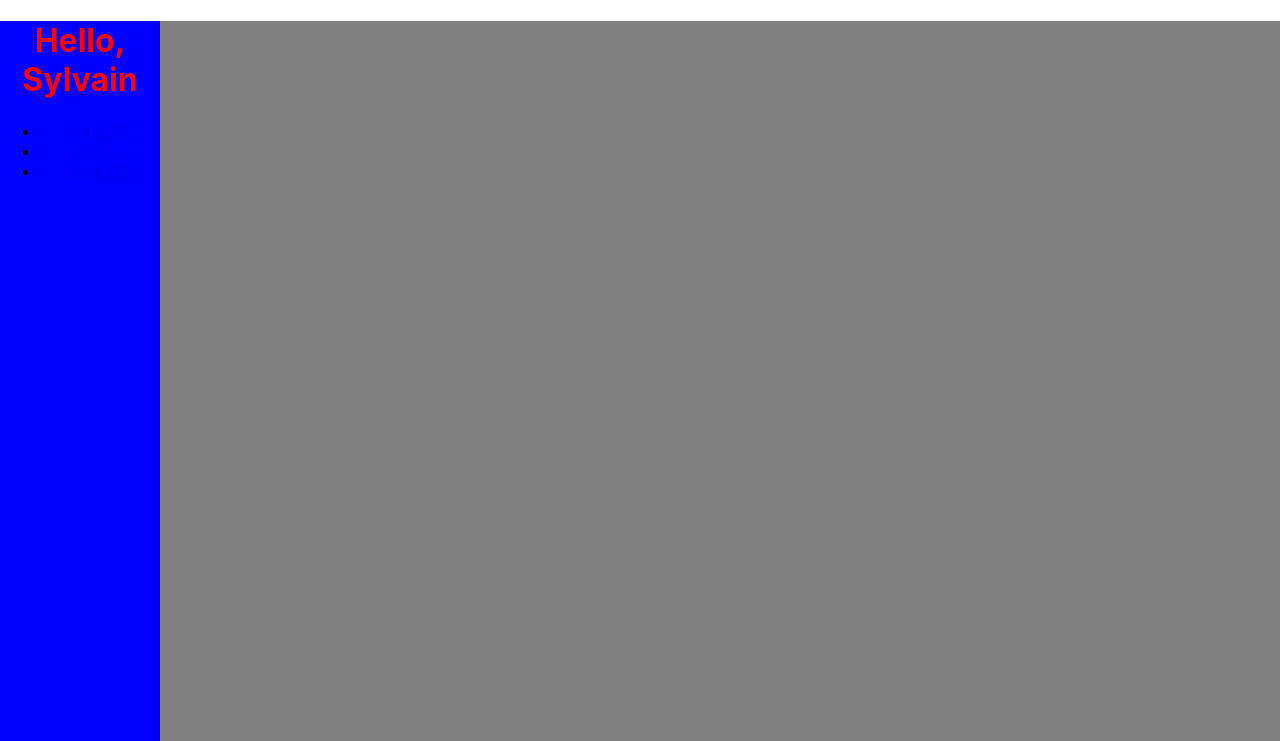
Repository: sylvainJacot/JS_Studio_2019
Page: /
These files come from the project's save history. The page is drawn as it stood at one moment and after a run of saves; the edit follows.
The browser window is 1280 px wide. The pictures show the whole page.
The project was rebuilt for these pictures with package versions that can differ from the ones it lists, and the page was loaded fresh each time.

Above is the page before, as saved 2019-05-31 18:11:35.

After the next 4 saves:
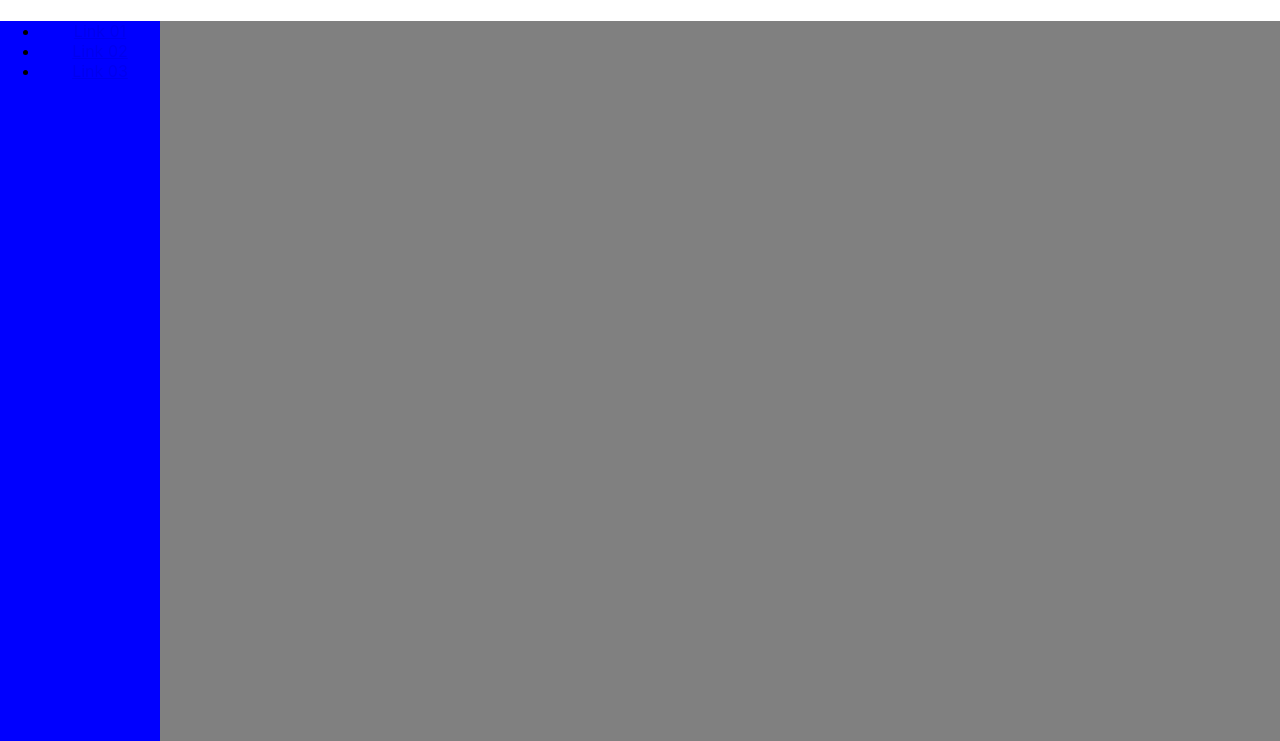
The 4 saves are shown as one change because 3 did not build or start.
The last was saved 35 s later.
--- a/src/components/header.js
+++ b/src/components/header.js
@@ -11,7 +11,7 @@
   height: 100vh;
 `;
 
-const Title = styled.h1`
+const LogoContainter = styled.h1`
   color: red;
 `;
 
@@ -31,7 +31,7 @@
   render() {
     return (
       <HeaderContainer>
-        <Title>Hello, {this.props.name}</Title>
+        <LogoContainter></LogoContainter>
         <MenuContainer>
           {tiles.map((tile, index) => (
             <MenuItem>
